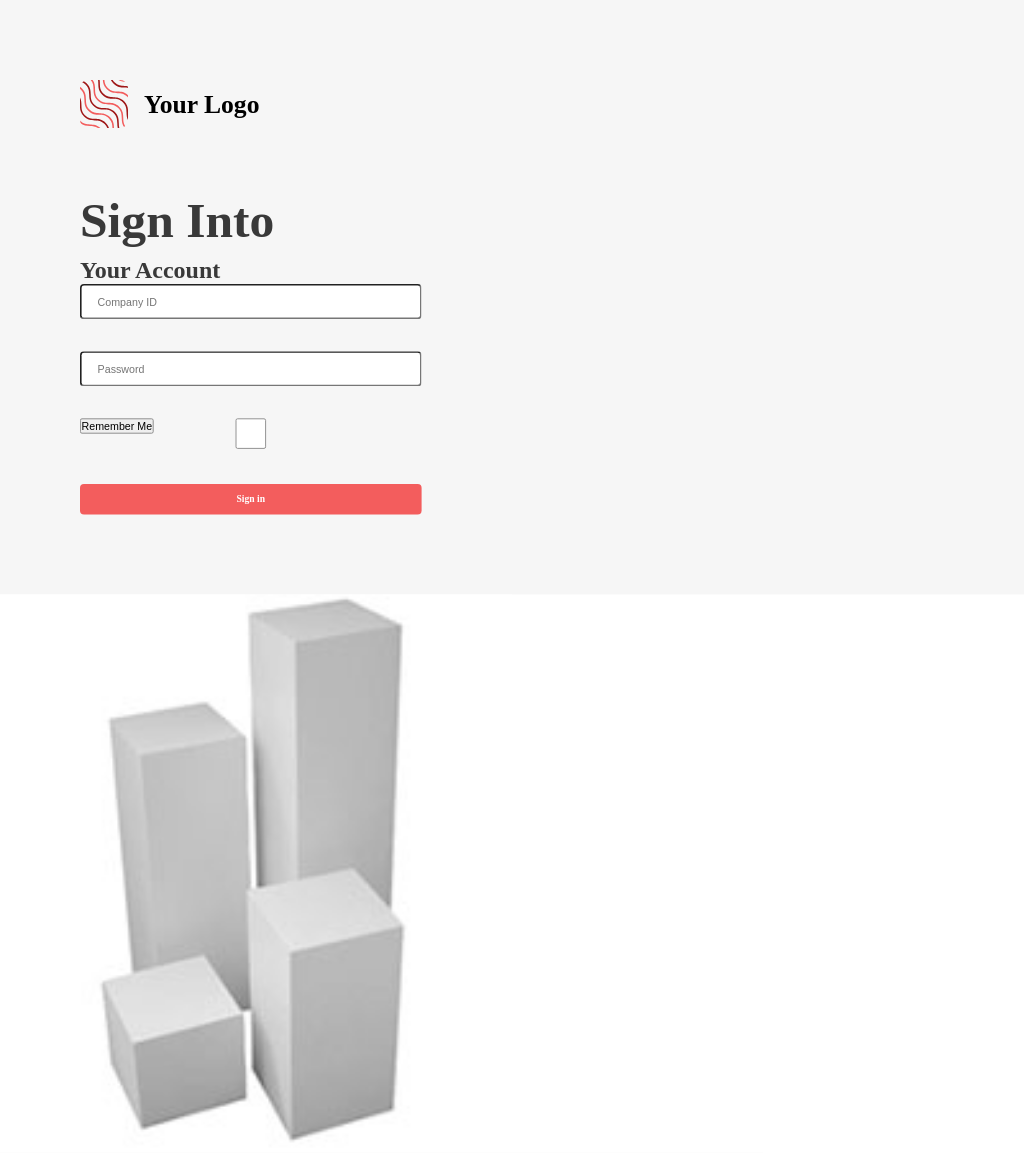
Repository: kubrazamanova/Form-lesson2
Page: index.html
An editor plug-in stored every save of this project. The page is shown before and after the next save, followed by the edit.
The browser window is 1280 px wide. The pictures show the whole page, at 80% of full size.

Above is the page before, as saved 2023-10-28 10:15:03.

After the next save:
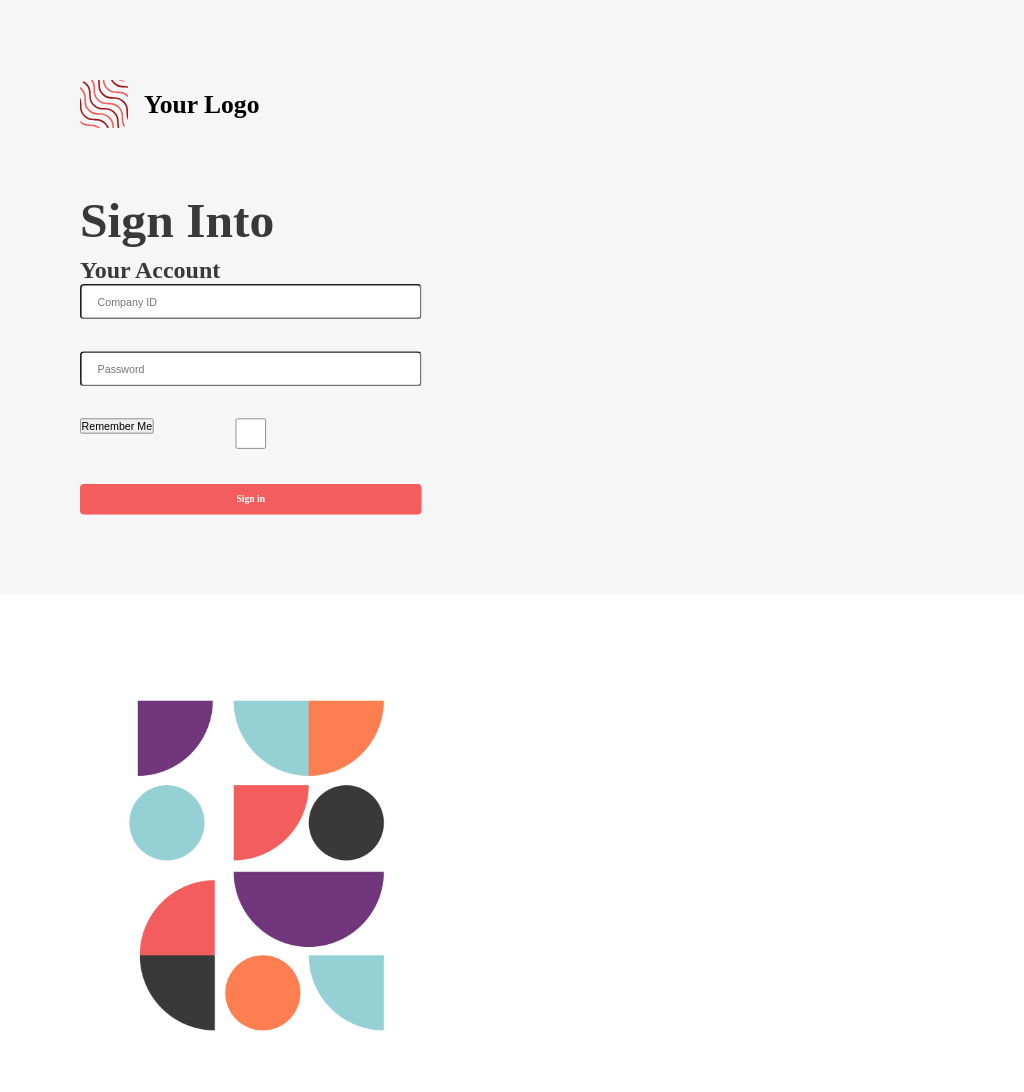
Saved 12 s later.
--- a/index.html
+++ b/index.html
@@ -86,7 +86,7 @@
     </div>
 
     <div class="right-side">
-      <img src="./01.jpg" alt="" />
+      <img src="/Component 1.png" alt="" />
     </div>
   </body>
 </html>
